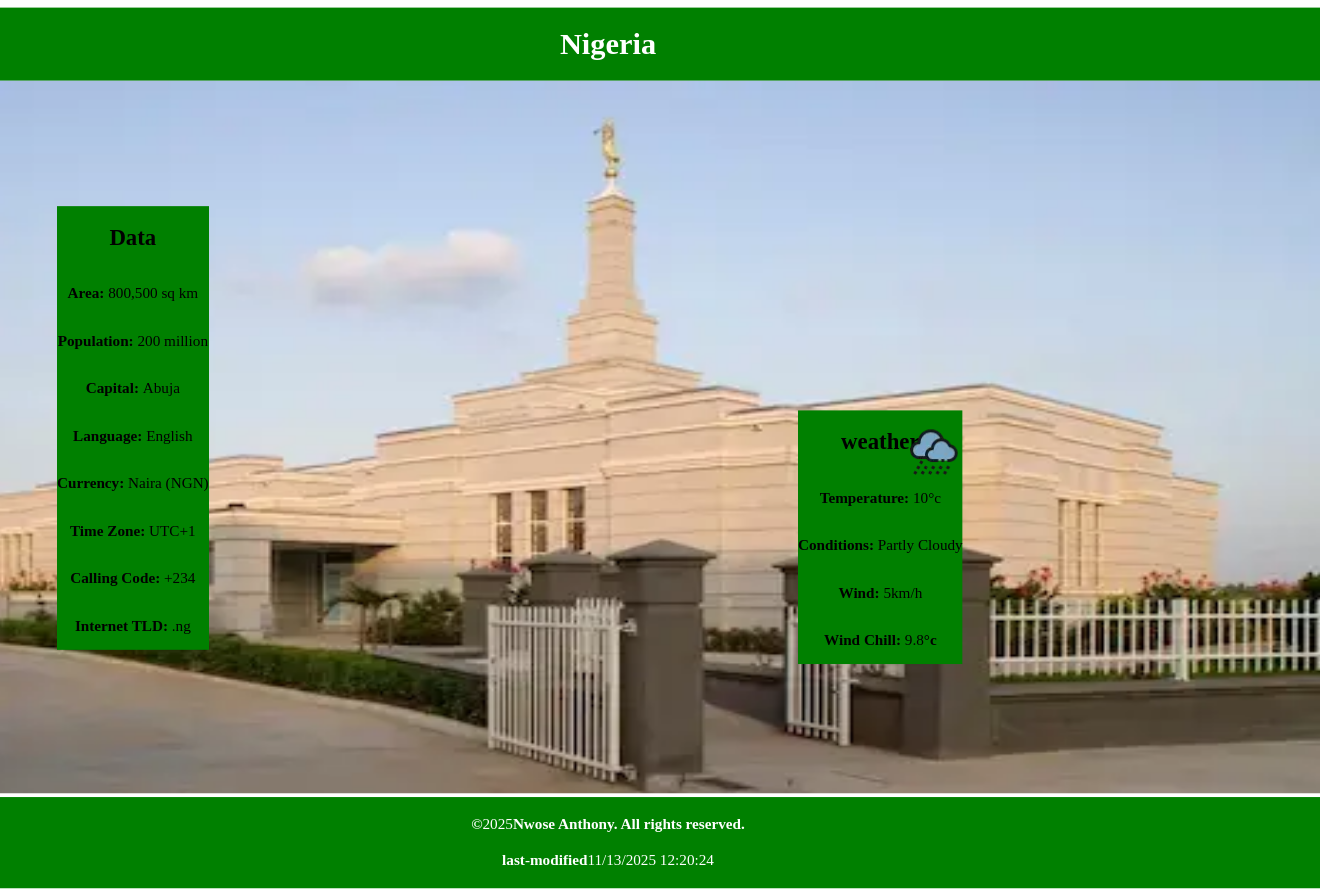
Repository: NoblesNigeria/wdd131
Page: place.html
The author's editor kept a copy of each file at every save. The page is drawn from the files as they stood at one save, then again after the next save.
The browser window is 1280 px wide. The page is 1390 px wide, so the pictures cover 1390 px, including what lies to the right of the window. The pictures show the whole page, at 95% of full size.

Above is the page before, as saved 2025-11-13 12:44:19.

### place.html
<!DOCTYPE html>
<html lang="en">
<head>
    <meta charset="UTF-8">
    <meta name="viewport" content="width=device-width, initial-scale=1.0">
    <meta name="description" content="This page is showing the weather conditions of the temple area in Nigeria.">
    <meta name="author" content="Nwose Anthony">
    <title>country page</title>
    <link rel="stylesheet" href="styles/place.css">
    <link rel="stylesheet" href="styles/place-large.css" >
    <script src="scripts/place.js" defer></script>
    <link rel="preconnect" href="https://fonts.googleapis.com">
    <link rel="preconnect" href="https://fonts.gstatic.com" crossorigin>
    <link href="https://fonts.googleapis.com/css2?family=Roboto:wght@400;700&display=swap" rel="stylesheet">
</head>
<body>
    <header>
         <h1>Nigeria</h1>
    </header>
    <main>
        <div>
            <picture class="hero">
                <source srcset="images/hero-large.webp" media="min-width: 1000px">
                <source srcset="images/hero-medium.webp" media="min-width: 550px">
                <img src="images/hero-small.webp" alt="Aba Nigeria Temple" width="1500" height="750">
            </picture>
            <figure class="content">
                <h2>weather</h2>
                <img src="images/rain-weather-icon.webp" alt="weather icon" width="50px" height="50px">
                <p>Temperature: <span id="temperature"></span></p>
                <p>Conditions: <span id="conditions"></span></p>
                <p>Wind: <span id="wind-speed"></span></p>
                <p>Wind Chill: <span id="wind-chill"></span>°c</p>
            </figure>
            <figure class="place-info">
                <h2>Data</h2>
                <p>Area: <span>800,500 sq km</span></p>
                <p>Population: <span>200 million</span></p>
                <p>Capital: <span>Abuja</span></p>
                <p>Language: <span>English</span></p>
                <p>Currency: <span>Naira (NGN)</span></p>
                <p>Time Zone: <span>UTC+1</span></p>
                <p>Calling Code: <span>+234</span></p>
                <p>Internet TLD: <span>.ng</span></p>
            </figure>
        </div>
    </main>
    <footer>
        <p>&copy; <span id="current-year"></span> Nwose Anthony. All rights reserved.</p>
        <p>last-modified <span id="last-modified"></span></p>
    </footer>
</body>
</html>

### styles/place.css
body{
    display: grid;
    grid-template-columns: 1fr;
    justify-content: center;
}
header{
    display: flex;
    justify-content: center;
    padding: var(--padding);
    font-size: 2rem;
    color: white;
    align-items: center;
    background-color: black;
}
.content{
    display: flex;
    flex-direction: column;
    justify-content: center;
    align-items: center;
    font-size: var(--font-size);
    background-color: green;
}
.place-info{
    display: flex;
    flex-direction: column;
    justify-content: center;
    align-items: center;
    font-size: var(--font-size);
    background-color: green;
}

footer{
    display: flex;
    justify-content: center;
    padding: var(--padding);
    font-size: 1rem;
    color: white;
    align-items: center;
    background-color: black;
    flex-direction: column;
}
@media query and(min-width: 40rem){
    body{
        display: grid;
        grid-template-columns: 1fr;
        justify-content: center;

    }
}

### styles/place-large.css
:root{
    --font-size: 1rem;
    --padding: 10px;

}
body{
    display: grid;
    grid-template-columns: 1fr;
    justify-content: center;
}
header{
    display: grid;
    grid-template-columns: 1fr;
    background-color: green;
}
header h1{
    display: flex;
    justify-content: center;
    margin: 0;
    padding: var(--padding);
    font-size: 2rem;
    color: white;
    align-items: center;
}

div{
    display: grid;
    grid-template-columns: 1fr 1fr auto;
}
.hero{
    width: 100%;
    height: auto;
}
.content{
    position: absolute;
    bottom: 5px;
    left: 800px;
    font-size: var(--font-size);
    background-color: green;
}
.content img{
    top: 20px;
    right: 5px;
    position: absolute;
}
p{
    font-weight: bold;
}
p span{
    font-weight: normal;
}
.place-info{
    position: absolute;
    bottom: 5px;
    left: 20px;;
    font-size: var(--font-size);
    background-color: green;
    bottom: 20px;
}
footer{
    display: grid;
    grid-template-columns: 1fr;
    background-color: green;
}
footer p{
    display: flex;
    justify-content: center;
    margin: 0;
    padding: var(--padding);
    font-size: 1rem;
    color: white;
    align-items: center;
}

### scripts/place.js
// Set current year in footer
document.getElementById('current-year').textContent = new Date().getFullYear();
// Set last modified date in footer
document.getElementById('last-modified').textContent = document.lastModified;

let tem= "10°c";
let cond= "Partly Cloudy";
let windSpd= "5km/h";
let windChill= "9.8°c";
document.getElementById('temperature').textContent = tem;
document.getElementById('conditions').textContent = cond;
document.getElementById('wind-speed').textContent = windSpd;

function calculateWindChill(t, s) {
    let wc = 13.12 + (0.6215 * 10) - (11.37*(5**0.16 )) + (0.3965 * 10 * (5**0.16));
    return wc.toFixed(1);
}
document.getElementById('wind-chill').textContent = calculateWindChill(10, 5);

After the next save:
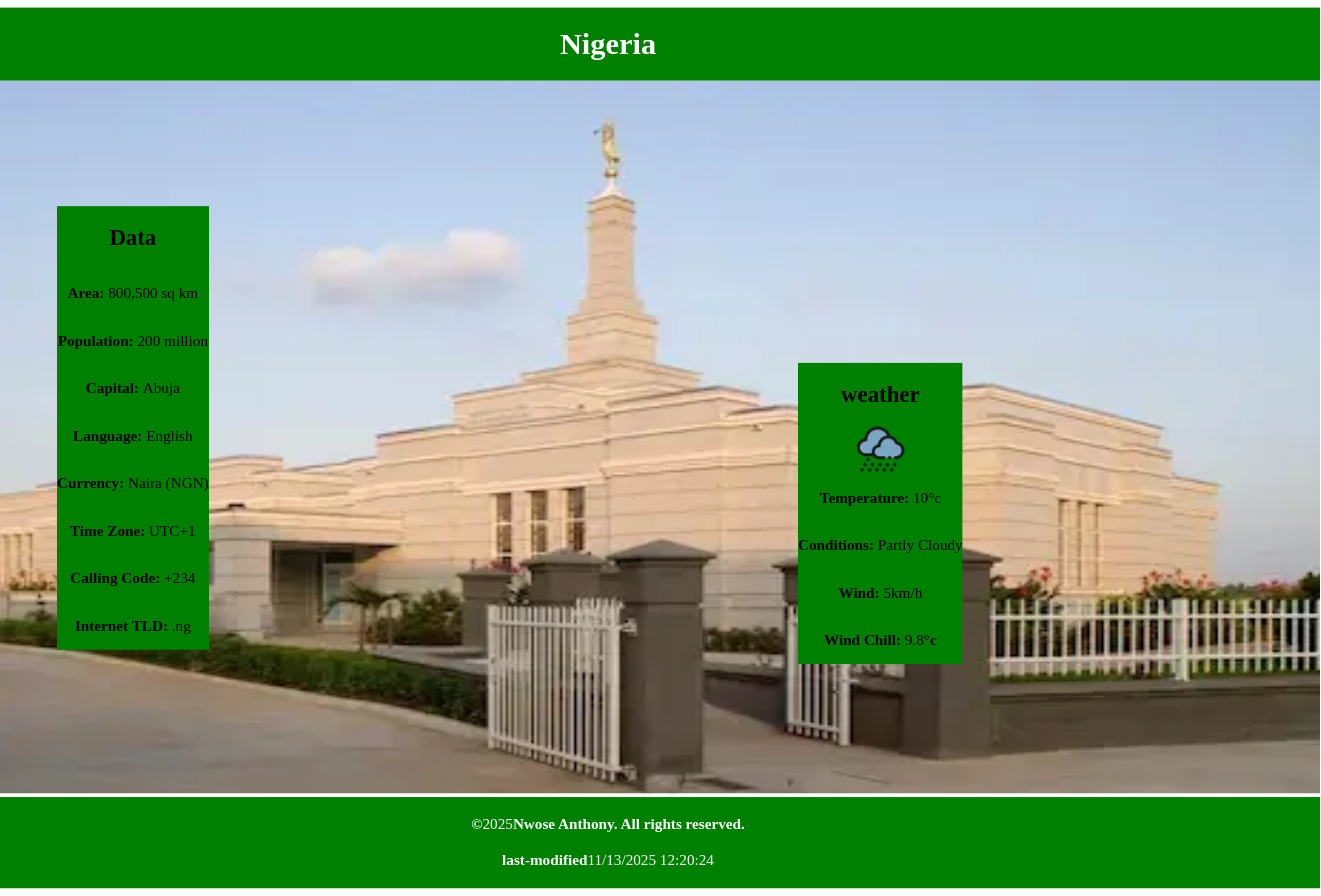
Saved 9 min 37 s later.
--- a/styles/place-large.css
+++ b/styles/place-large.css
@@ -38,7 +38,7 @@ div{
     font-size: var(--font-size);
     background-color: green;
 }
-.content img{
+.content img::{
     top: 20px;
     right: 5px;
     position: absolute;
